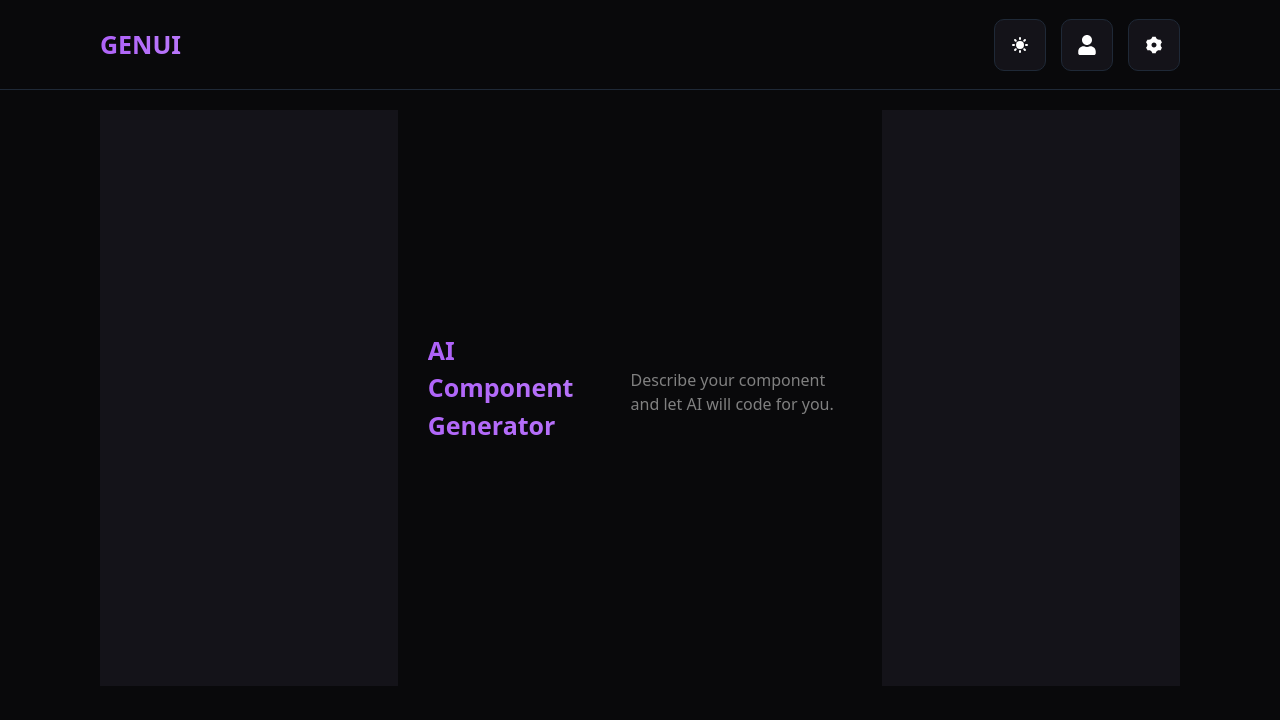
Repository: Snigdha-Gungun/AI-Component-Generator
Page: /
These files come from the project's save history. The page is drawn as it stood at one moment and after the next save; the edit follows.
The browser window is 1280 px wide. The pictures show the whole page.
The project was rebuilt for these pictures with package versions that can differ from the ones it lists, and the page was loaded fresh each time. Also part of the build but not shown: vite.config.js, src/pages/NoPage.jsx.

Above is the page before, as saved 2026-05-17 18:19:51.

### index.html
<!doctype html>
<html lang="en">
  <head>
    <meta charset="UTF-8" />
    <link rel="icon" type="image/svg+xml" href="/favicon.svg" />
    <meta name="viewport" content="width=device-width, initial-scale=1.0" />
    <title>ai-com-gen</title>
  </head>
  <body>
    <div id="root"></div>
    <script type="module" src="/src/main.jsx"></script>
    <!--AQ.Ab8RN6JvwCF9H0WNWCAu-W9h9ZWkzJuv75UUKzmS1xKhwQ5p_w -->
  </body>
</html>

### src/main.jsx
import { StrictMode } from 'react'
import { createRoot } from 'react-dom/client'
import './index.css'
import App from './App.jsx'
import { ToastContainer } from 'react-toastify';
createRoot(document.getElementById('root')).render(
  <StrictMode>
    <App />
    <ToastContainer />
  </StrictMode>,
)

### src/App.jsx
import React from 'react'
import "./App.css"
import { BrowserRouter, Routes, Route } from 'react-router-dom'
import Home from './pages/Home'        // ← ADD THIS
import NoPage from './pages/NoPage'    // ← ADD THIS

const App = () => {
  return (
    <>
      <BrowserRouter>
        <Routes>
          <Route path="/" element={<Home />} />
          <Route path="*" element={<NoPage />} />
        </Routes>
      </BrowserRouter>
    </>
  )
}

export default App

### src/App.css
*{
  margin :0;
  padding:0;
}

body{
  margin :0;
  padding:0;
  box-sizing: border-box;
  overflow-x: hidden;
  background-color: var(--primary-bg);
  color:#fff;
}

html{
  overflow-y: hidden;
}

:root{
  --primary-bg: #09090B;
  --secondary-bg: #141319;
  --tertiary-bg: #17171C;

}

.sp-text{
   background: conic-gradient(at top, #c084fc, #a855f7);
  -webkit-background-clip: text;
  background-clip: text;
  color: transparent;
}

.icon{
  padding: 15px;
  font-size :20px;
  border-radius: 10px;
  border: 1px solid #1f2937;
  cursor: pointer;
  background-color: var(--secondary-bg);
}

### src/pages/Home.jsx
import React from 'react'
import Navbar from '../components/Navbar';


const Home = () => {
    return(
  <>
    <Navbar/>

    <div className="flex items-center px-[100px] justify-between gap-[30px]">
        <div className="left w-[50%] h-[80vh] bg-[#141319] mt-5"></div>
        <h3 className='text-[25px] font-semibold sp-text'>AI Component Generator</h3>
        <p className='text-[gray] mt-2 text-[16px]'>Describe your component and let AI will code for you.</p>
        <div className="right w-[50%] h-[80vh] bg-[#141319] mt-5"></div>

    </div>
  </>
)
}


export default Home

### src/components/Navbar.jsx
import React from 'react'
import { HiSun } from 'react-icons/hi'
import { FaUser } from "react-icons/fa"
import { RiSettings3Fill  } from "react-icons/ri"

const Navbar = () => {
  return (
    <>
    <div className="nav flex items-center justify-between px-[100px] h-[90px] border-b-[1px] border-gray-800">
        <div className="logo">
            <h3 className='text-[25px] font-[700] sp-text'>GENUI</h3>
        </div>
        <div className= "icons flex items-center gap-[15px]">
             <div className= "icon "><HiSun /></div>
             <div className= "icon "><FaUser /></div>
             <div className= "icon "><RiSettings3Fill /></div>
        </div>
        </div>
    </>
  )
}

export default Navbar

Loaded but not shown: src/index.css (common file); tailwind.config.js (common file)

After the next save:
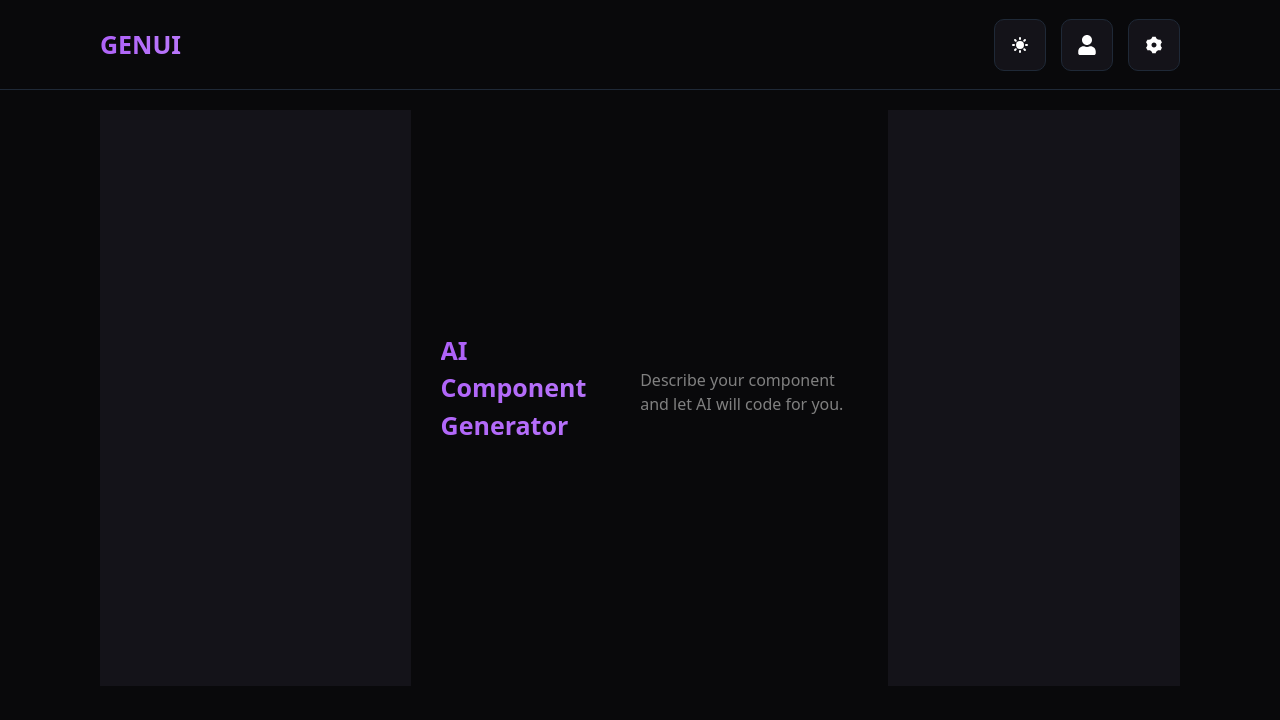
Saved 112 s later.
--- a/src/pages/Home.jsx
+++ b/src/pages/Home.jsx
@@ -8,7 +8,7 @@
     <Navbar/>
 
     <div className="flex items-center px-[100px] justify-between gap-[30px]">
-        <div className="left w-[50%] h-[80vh] bg-[#141319] mt-5"></div>
+        <div className="left w-[50%] h-[80vh] bg-[#141319] mt-5 p-[20px]"></div>
         <h3 className='text-[25px] font-semibold sp-text'>AI Component Generator</h3>
         <p className='text-[gray] mt-2 text-[16px]'>Describe your component and let AI will code for you.</p>
         <div className="right w-[50%] h-[80vh] bg-[#141319] mt-5"></div>
